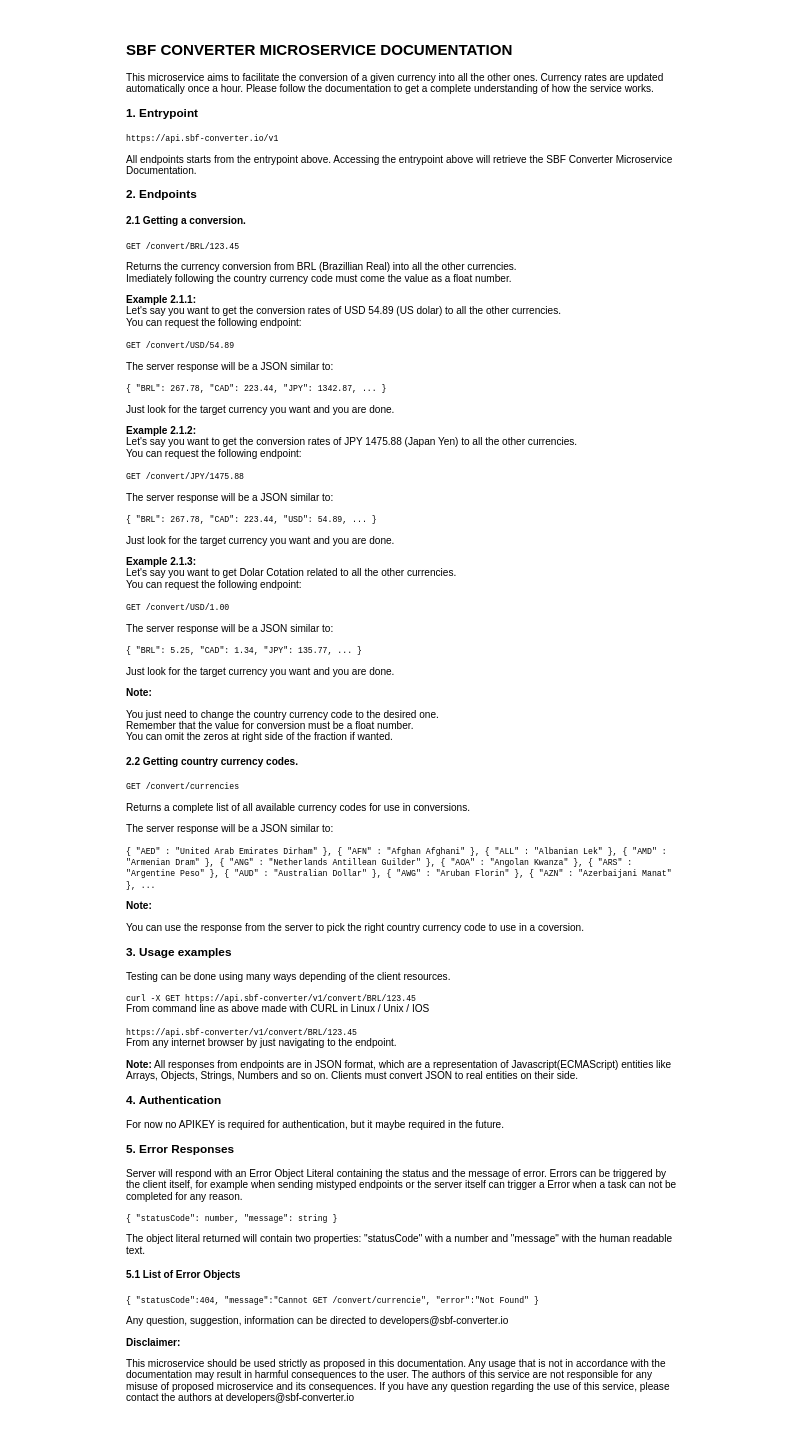
Repository: miguelamello/nestjs-restful-api
Page: documentation.html
The author's editor kept a copy of each file at every save. The page is drawn from the files as they stood at one save, then again after a run of saves.
The browser window is 1280 px wide. The pictures show the whole page, at 63% of full size.

Above is the page before, as saved 2023-03-23 11:25:12.

After the next 2 saves:
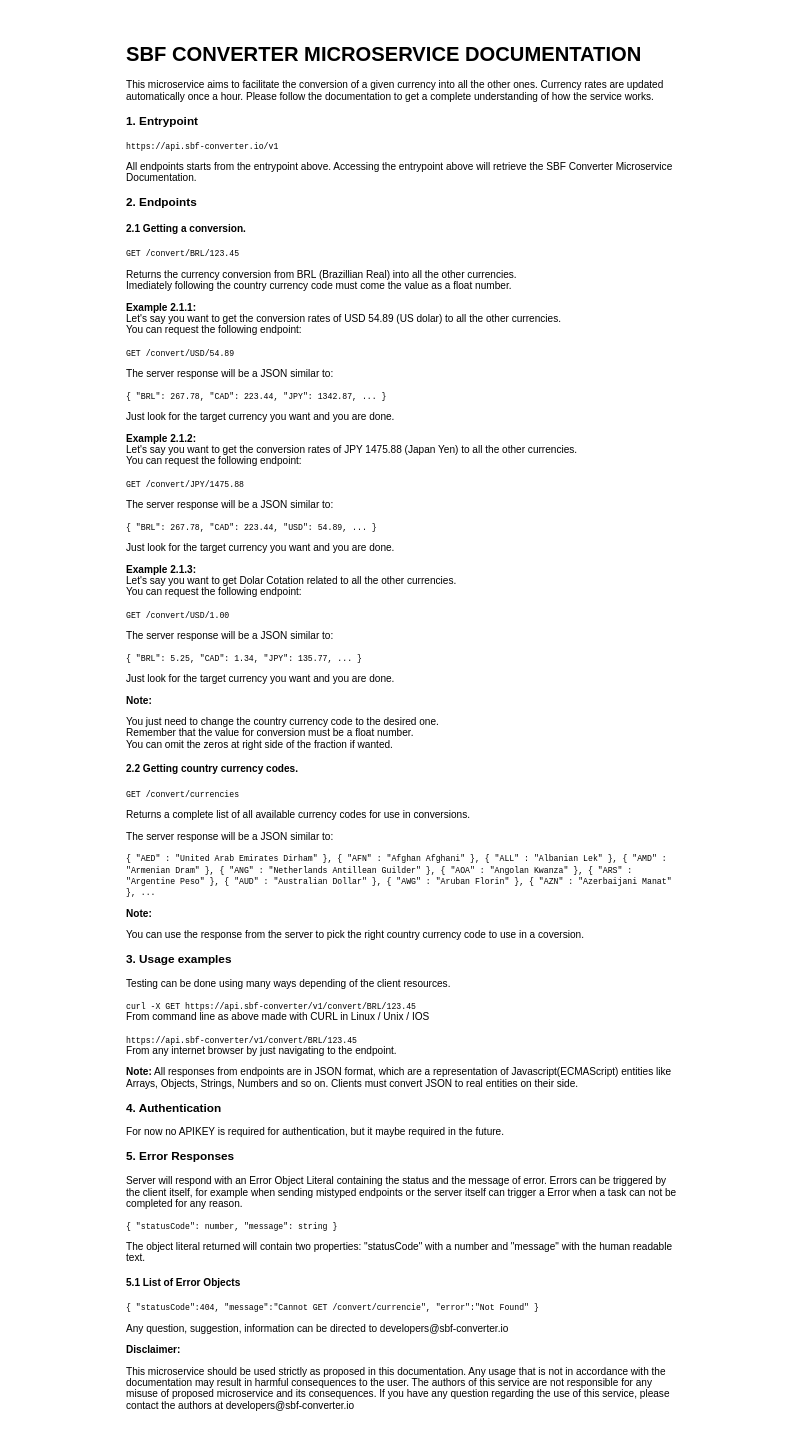
The 2 saves are shown as one change because they came seconds apart.
The last was saved 48 s later.
--- a/documentation.html
+++ b/documentation.html
@@ -13,7 +13,7 @@
   </style>
 </head>
 <body>
-  <h2>SBF CONVERTER MICROSERVICE DOCUMENTATION</h2>
+  <h1>SBF CONVERTER MICROSERVICE DOCUMENTATION</h1>
   <p>
     This microservice aims to facilitate the conversion of a given currency
     into all the other ones. Currency rates are updated automatically once a hour.

After the save that followed:
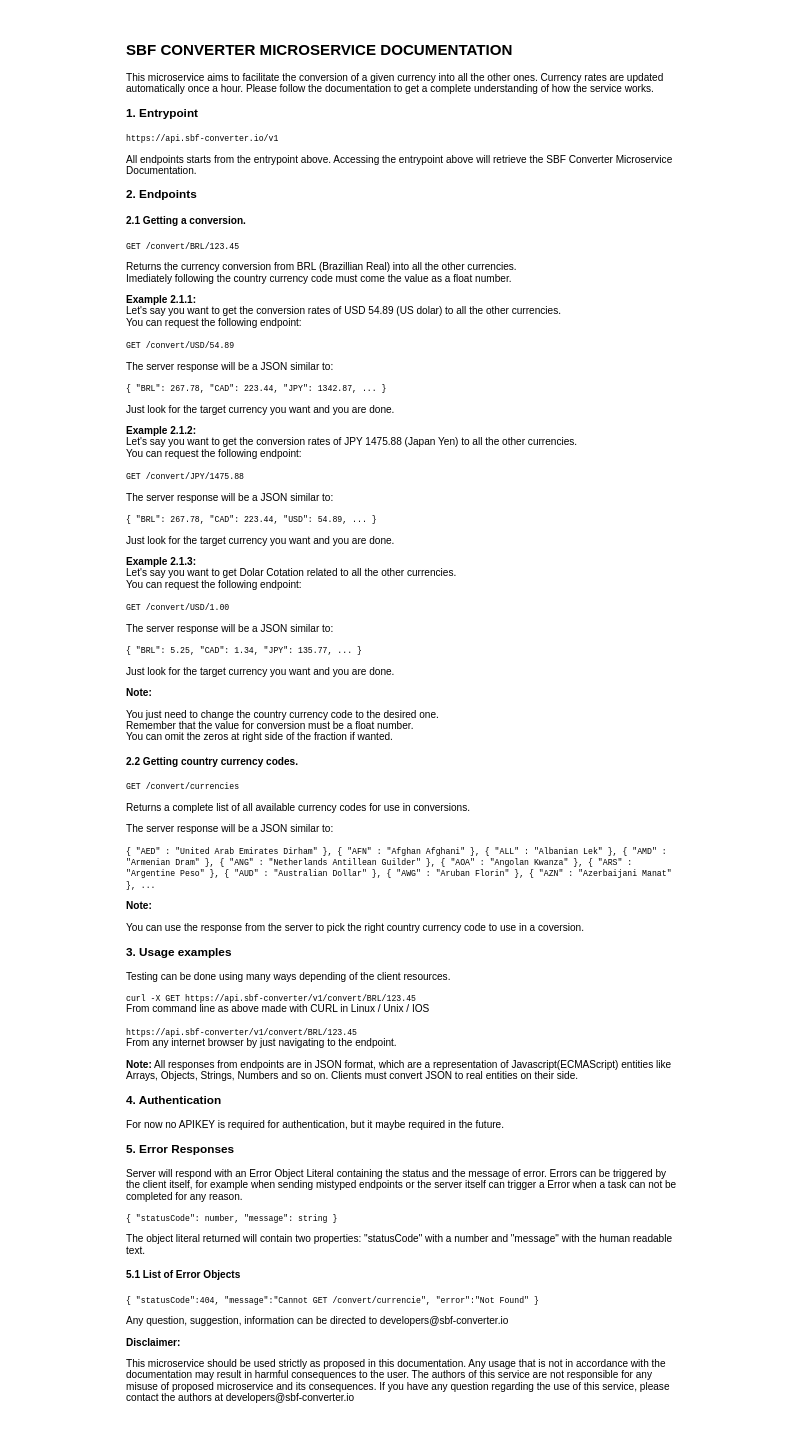
Saved 19 s later.
--- a/documentation.html
+++ b/documentation.html
@@ -13,7 +13,7 @@
   </style>
 </head>
 <body>
-  <h1>SBF CONVERTER MICROSERVICE DOCUMENTATION</h1>
+  <h2>SBF CONVERTER MICROSERVICE DOCUMENTATION</h2>
   <p>
     This microservice aims to facilitate the conversion of a given currency
     into all the other ones. Currency rates are updated automatically once a hour.
